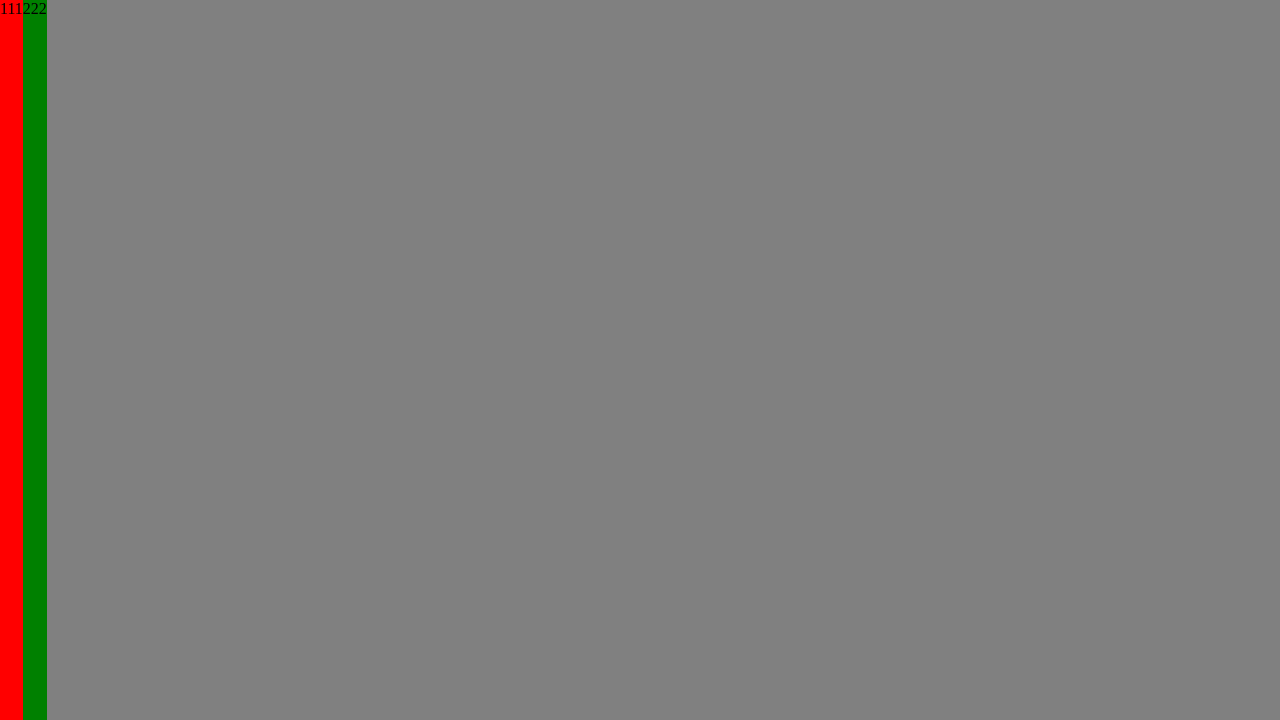
Repository: lihaitao123321/vue-demo-1
Page: /
An editor plug-in stored every save of this project. The page is shown before and after the next save, followed by the edit.
The browser window is 1280 px wide. The pictures show the whole page.
The project was rebuilt for these pictures with package versions that can differ from the ones it lists, and the page was loaded fresh each time.

Above is the page before, as saved 2021-12-20 10:18:28.

After the next save:
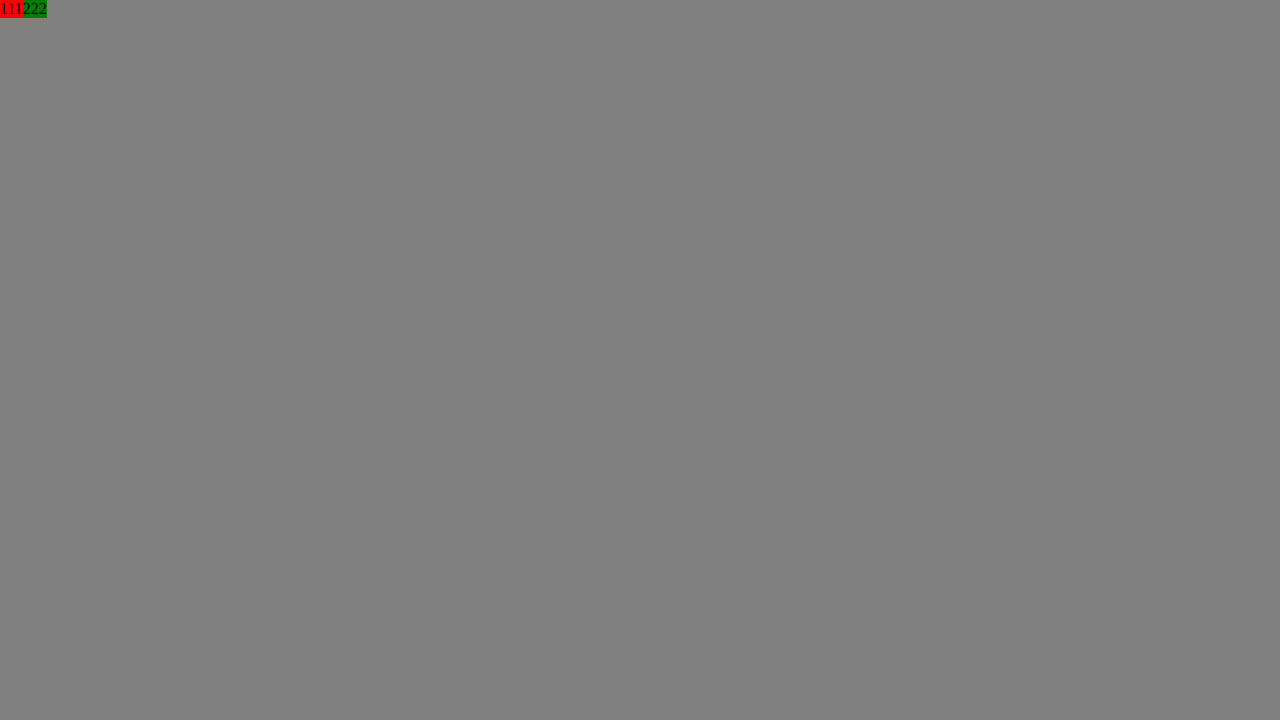
Saved 76 s later.
--- a/src/App.vue
+++ b/src/App.vue
@@ -33,6 +33,7 @@ body {
   height: 100vh;
   display: flex;
   /*flex-direction: column;纵向排列 */
+  align-items: flex-start;
 }
 .div1 {
   background-color: red;
